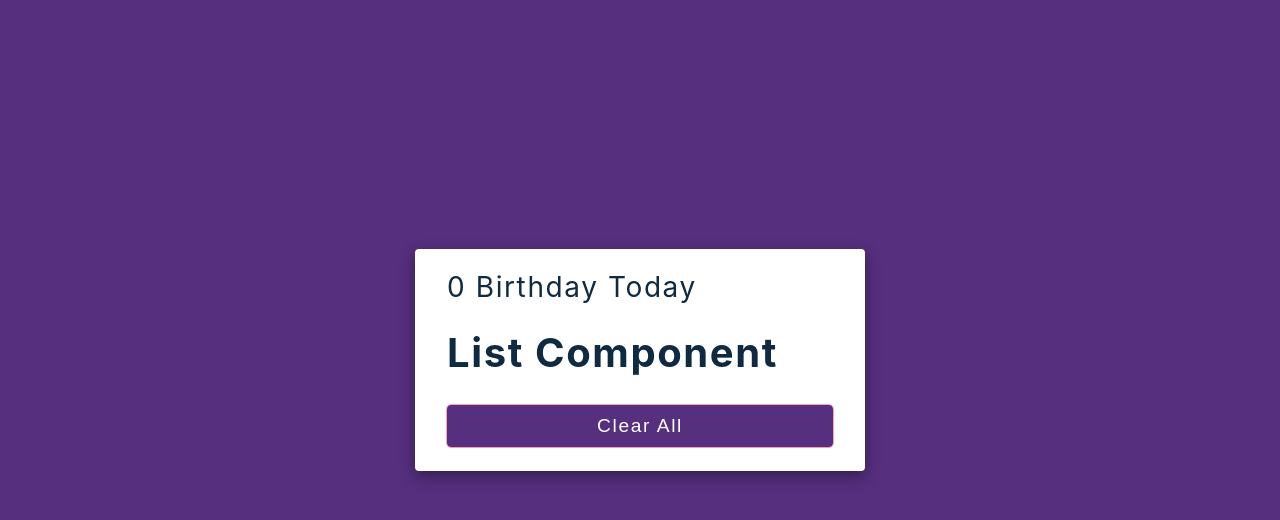
Repository: Chetandev16/Birthday-reminder
Page: /
An editor plug-in stored every save of this project. The page is shown before and after the next save, followed by the edit.
The browser window is 1280 px wide. The pictures show the whole page.
The project was rebuilt for these pictures with package versions that can differ from the ones it lists, and the page was loaded fresh each time.

Above is the page before, as saved 2022-01-23 17:54:13.

### src/index.css
/*
===============
Variables
===============
*/

:root {
  /* dark shades of primary color*/
  --clr-primary-1: hsl(162, 61%, 89%);
  --clr-primary-2: hsl(162, 60%, 78%);
  --clr-primary-3: hsl(162, 61%, 67%);
  --clr-primary-4: hsl(162, 61%, 57%);
  /* primary/main color */
  --clr-primary-5: hsl(162, 73%, 46%);
  /* lighter shades of primary color */
  --clr-primary-6: #1aa179;
  --clr-primary-7: #13795b;
  --clr-primary-8: #0d503c;
  --clr-primary-9: #06281e;
  /* darkest grey - used for headings */
  --clr-grey-1: hsl(212, 33%, 89%);
  --clr-grey-2: hsl(210, 31%, 80%);
  --clr-grey-3: hsl(211, 27%, 70%);
  --clr-grey-4: hsl(209, 23%, 60%);
  /* grey used for paragraphs */
  --clr-grey-5: hsl(210, 22%, 49%);
  --clr-grey-6: hsl(209, 28%, 39%);
  --clr-grey-7: hsl(209, 34%, 30%);
  --clr-grey-8: hsl(211, 39%, 23%);
  --clr-grey-9: hsl(209, 61%, 16%);
  --clr-white: #fff;
  --clr-red-dark: hsl(360, 67%, 44%);
  --clr-red-light: hsl(360, 71%, 66%);
  --clr-green-dark: hsl(125, 67%, 44%);
  --clr-green-light: hsl(125, 71%, 66%);
  --clr-black: #222;
  --transition: all 0.3s linear;
  --spacing: 0.1rem;
  --radius: 0.25rem;
  --light-shadow: 0 5px 15px rgba(0, 0, 0, 0.1);
  --dark-shadow: 0 5px 15px rgba(0, 0, 0, 0.4);
  --max-width: 1170px;
  --fixed-width: 450px;
  --clr-pink: #f28ab2;
  --clr-purple: #562f7e;
}
/*
===============
Global Styles
===============
*/

*,
::after,
::before {
  margin: 0;
  padding: 0;
  box-sizing: border-box;
}
body {
  font-family: -apple-system, BlinkMacSystemFont, 'Segoe UI', Roboto, Oxygen,
    Ubuntu, Cantarell, 'Open Sans', 'Helvetica Neue', sans-serif;
  background: var(--clr-purple);
  color: var(--clr-grey-9);
  line-height: 1.5;
  font-size: 0.875rem;
}
ul {
  list-style-type: none;
}
a {
  text-decoration: none;
}
h1,
h2,
h3,
h4 {
  letter-spacing: var(--spacing);
  text-transform: capitalize;
  line-height: 1.25;
  margin-bottom: 0.75rem;
}
h1 {
  font-size: 3rem;
}
h2 {
  font-size: 2rem;
}
h3 {
  font-size: 1.25rem;
}
h4 {
  font-size: 0.875rem;
}
p {
  margin-bottom: 1.25rem;
  color: var(--clr-grey-5);
}
@media screen and (min-width: 800px) {
  h1 {
    font-size: 4rem;
  }
  h2 {
    font-size: 2.5rem;
  }
  h3 {
    font-size: 1.75rem;
  }
  h4 {
    font-size: 1rem;
  }
  body {
    font-size: 1rem;
  }
  h1,
  h2,
  h3,
  h4 {
    line-height: 1;
  }
}
/*  global classes */

/* section */
.section {
  width: 90vw;
  margin: 0 auto;
  max-width: var(--max-width);
}

@media screen and (min-width: 992px) {
  .section {
    width: 95vw;
  }
}

main {
  min-height: 100vh;
  display: flex;
  justify-content: center;
  align-items: center;
}

.container {
  width: 90vw;
  margin: 5rem 0;
  max-width: var(--fixed-width);
  background: var(--clr-white);
  border-radius: var(--radius);
  padding: 1.5rem 2rem;
  box-shadow: var(--dark-shadow);
}
.container h3 {
  font-weight: normal;
  text-transform: none;
  margin-bottom: 2rem;
}
.person {
  display: grid;
  grid-template-columns: auto 1fr;
  column-gap: 0.75rem;
  margin-bottom: 1.5rem;
  align-items: center;
}
.person img {
  width: 75px;
  height: 75px;
  object-fit: cover;
  border-radius: 50%;
  box-shadow: var(--light-shadow);
}
.person h4 {
  margin-bottom: 0.35rem;
}
.person p {
  margin-bottom: 0;
}
.container button {
  color: var(--clr-white);
  display: block;
  width: 100%;
  border-color: transparent;
  background: var(--clr-purple);
  margin: 2rem auto 0 auto;
  text-transform: capitalize;
  font-size: 1.2rem;
  padding: 0.5rem 0;
  letter-spacing: var(--spacing);
  border-radius: var(--radius);
  outline: 1px solid rgba(242, 138, 178, 0.8);
  cursor: pointer;
}

### src/App.js
import React, { useState } from "react";
import data from "./data";
import List from "./List";
function App() {

  const[people , setPeople] = useState(data);



  const  handelReset = () =>{
    setPeople([]);
  }


  return (
    <main>
      <section className="container">
        <h3>0 Birthday Today</h3>
        <List people={people}/>
        <button
          onClick={() => {
            console.log("clicked");
          }}
        >
          Clear All
        </button>
      </section>
    </main>
  );
}

export default App;

### src/data.js
export default [
  {
    id: 1,
    name: 'Bertie Yates',
    age: 29,
    image:
      'https://res.cloudinary.com/diqqf3eq2/image/upload/v1595959131/person-2_ipcjws.jpg',
  },
  {
    id: 2,
    name: 'Hester Hogan',
    age: 32,
    image:
      'https://res.cloudinary.com/diqqf3eq2/image/upload/v1595959131/person-3_rxtqvi.jpg',
  },
  {
    id: 3,
    name: 'Larry Little',
    age: 36,
    image:
      'https://res.cloudinary.com/diqqf3eq2/image/upload/v1586883423/person-4_t9nxjt.jpg',
  },
  {
    id: 4,
    name: 'Sean Walsh',
    age: 34,
    image:
      'https://res.cloudinary.com/diqqf3eq2/image/upload/v1586883417/person-3_ipa0mj.jpg',
  },
  {
    id: 5,
    name: 'Lola Gardner',
    age: 29,
    image:
      'https://res.cloudinary.com/diqqf3eq2/image/upload/v1586883334/person-1_rfzshl.jpg',
  },
];

Loaded but not shown: public/index.html (common file); src/index.js (common file); src/List.js (common file)

After the next save:
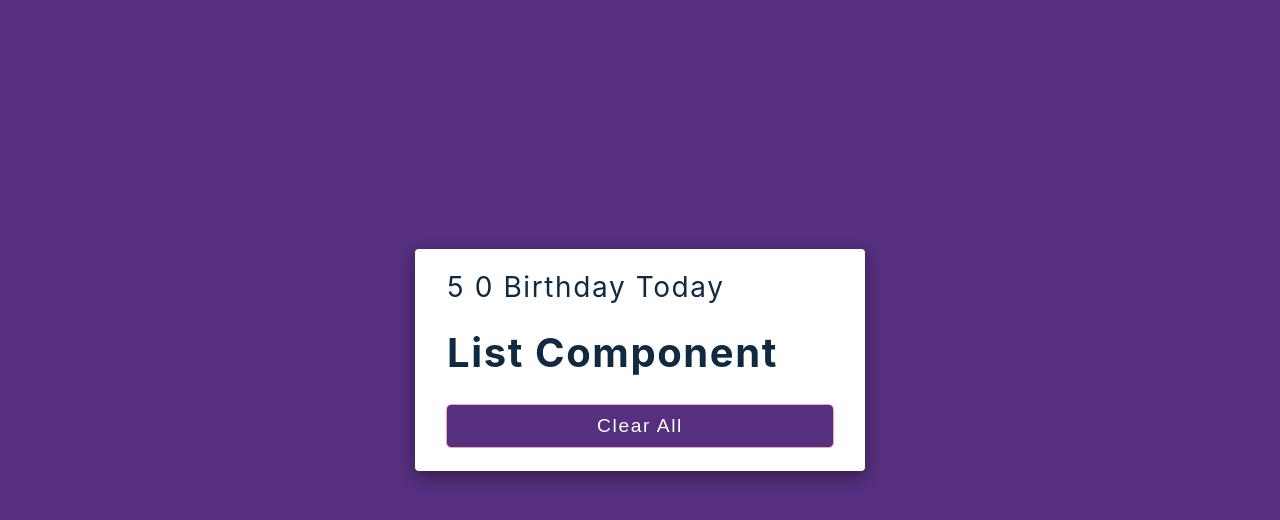
Saved 14 s later.
--- a/src/App.js
+++ b/src/App.js
@@ -15,7 +15,7 @@ function App() {
   return (
     <main>
       <section className="container">
-        <h3>0 Birthday Today</h3>
+        <h3>{people.length} 0 Birthday Today</h3>
         <List people={people}/>
         <button
           onClick={() => {
